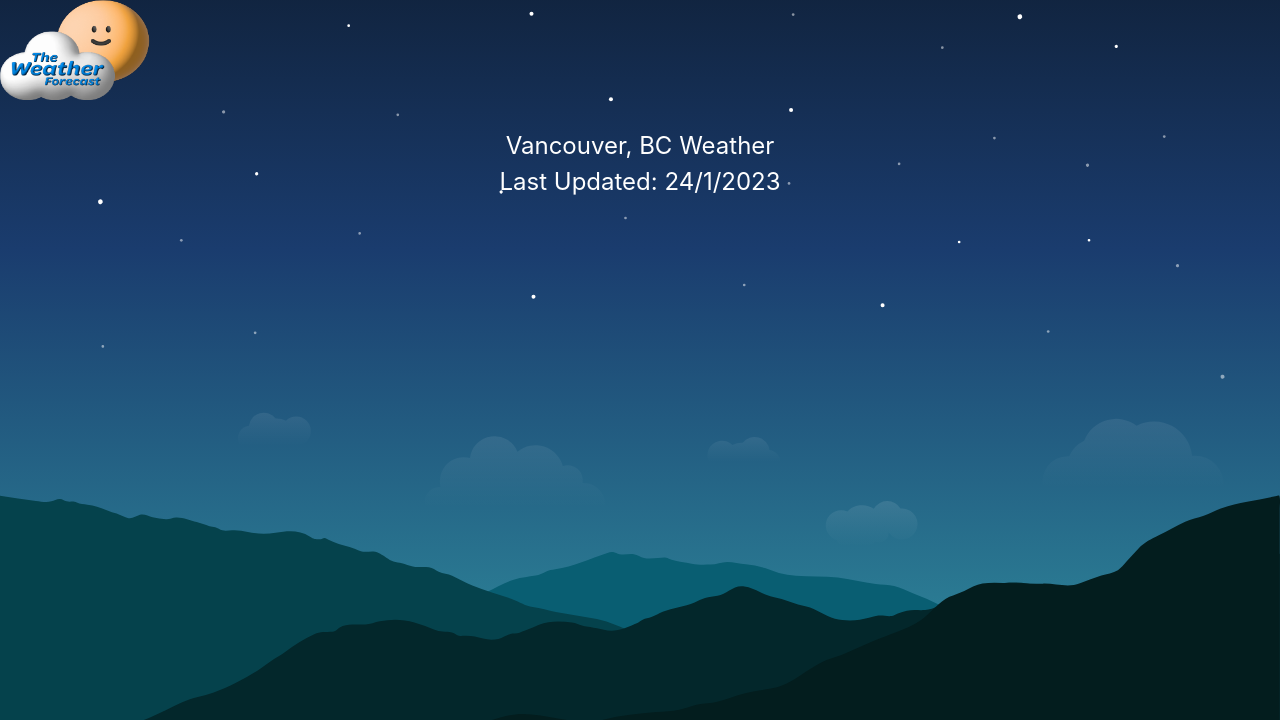
Repository: marianfran/weather-api-version2
Page: /
The author's editor kept a copy of each file at every save. The page is drawn from the files as they stood at one save, then again after the next save.
The browser window is 1280 px wide. The pictures show the whole page.
The project was rebuilt for these pictures with package versions that can differ from the ones it lists, and the page was loaded fresh each time. The framework's server and built-in components were replaced by stand-ins that run in the browser. Also part of the build but not shown: next.config.js.

Above is the page before, as saved 2023-02-22 18:27:11.

### pages/index.js
import Head from 'next/head'
import Image from 'next/image'
import styles from '@/styles/Home.module.css'
import { useState, useEffect, useRef } from 'react'
import axios from 'axios'


export default function Home() {

  const apiKey="337d9d16c0707a7b146df97fae12c16b";
  const location = "Vancouver";
  const units = "metric";
  const url = `https://api.openweathermap.org/data/2.5/forecast?q=${location}&units=${units}&appid=${apiKey}`;

  const [data, setData] = useState();
  const grabWeather = useRef(false);

  const fetchWeather = async () => {
    const response = await axios.get(url);
    console.log(response);

    console.log(response.data.list);
    const arrayOfDays = [];

    let weatherData = response.data.list.map((weather, index) => {
      console.log(parseInt(weather.dt_txt.substr(8,2),10))
      let num = parseInt(weather.dt_txt.substr(8,2),10)

      if(num !== arrayOfDays.find(element => element === num)) {
        arrayOfDays.push(num);
        console.log("Here");
        console.log(response.data.list[index]);

        var month = '';
        var icon = '';

        if(weather.dt_txt.substr(5,2) == 1){
          month = "January";
        } else if(weather.dt_txt.substr(5,2) == 2){
          month = "February";
        } else if(weather.dt_txt.substr(5,2) == 3){
          month = "March";
        } else if(weather.dt_txt.substr(5,2) == 4){
          month = "April";
        } else if(weather.dt_txt.substr(5,2) == 5){
          month = "May";
        } else if(weather.dt_txt.substr(5,2) == 6){
          month = "June";
        } else if(weather.dt_txt.substr(5,2) == 7){
          month = "July";
        } else if(weather.dt_txt.substr(5,2) == 8){
          month = "August";
        } else if(weather.dt_txt.substr(5,2) == 9){
          month = "September";
        } else if(weather.dt_txt.substr(5,2) == 10){
          month = "October";
        } else if(weather.dt_txt.substr(5,2) == 11){
          month = "November";
        } else if(weather.dt_txt.substr(5,2) == 12){
          month = "December";
        }

        if(weather.weather[0].main == "Clouds"){
          icon = '/icons/Cloudy.png';
        } else if(weather.weather[0].main == "Clear"){
          icon = '/icons/Sunny.png';
        } else if(weather.weather[0].main == "Rain"){
          icon = '/icons/Rain.png';
        } else if(weather.weather[0].main == "Atmosphere"){
          icon = '/icons/Mist.png';
        } else if(weather.weather[0].main == "Snow"){
          icon = '/icons/Snow.png';
        } else if(weather.weather[0].main == "Thunderstorm"){
          icon = '/icons/Thunder.png';
        } else if(weather.weather[0].main == "Drizzle"){
          icon = '/icons/Rain.png';
        }

        var now = new Date(weather.dt_txt);
        var days = ['Sunday', 'Monday', 'Tuesday', 'Wednesday', 'Thursday', 'Friday', 'Saturday'];
        var day = days[now.getDay()];

        return (
          <div key={index}>
            <Image
              src={icon}
              alt={icon}
              width={130}
              height={100}
              priority
            />
            <p>
              {day} <br/> {month} {weather.dt_txt.substr(8,2)}, {weather.dt_txt.substr(0,4)}
            </p>
            <div>{weather.main.temp.toFixed(1)} °C</div>
            <div>{weather.weather[0].main}</div>
          </div>
        )
      }
    })
    console.log(arrayOfDays);
    setData(weatherData);
  }

  useEffect(() => {
    if (grabWeather.current === true) {
      fetchWeather()
    }

    return () => {
      grabWeather.current = true;
    }

  }, []);

  const current = new Date();
  const date = `${current.getDate()}/${current.getMonth()+1}/${current.getFullYear()}`;


  return (
    <>
      <Head>
        <title>Weather App</title>
        <meta name="description" content="Generated by create next app" />
        <meta name="viewport" content="width=device-width, initial-scale=1" />
        <link rel="icon" href="/WeatherFavicon.png" />
      </Head>

      <main className={styles.main}>
      <div className={styles.container}>
            <a
              href=""
              target="_blank"
              rel="noopener noreferrer"
            >
              <Image
                src="/Logo.png"
                alt="Next.js Logo"
                className={styles.logo}
                width={150}
                height={100}
                priority
              />
            </a>

            <div className={styles.description}>
              <p>
                Vancouver, BC Weather <br />
                Last Updated: {date}
              </p>
             <div>
          </div>
        </div>

        <div className={styles.grid}>
          {data}
        </div>
      </div>
      </main>
    </>
  )
}

### styles/globals.css
html,
body {
  padding: 0;
  margin: 0;
  font-family: -apple-system, BlinkMacSystemFont, Segoe UI, Roboto, Oxygen,
    Ubuntu, Cantarell, Fira Sans, Droid Sans, Helvetica Neue, sans-serif;
}

a {
  color: inherit;
  text-decoration: none;
}

div {
  color: white;
}

* {
  box-sizing: border-box;
}

@media (prefers-color-scheme: dark) {
  html {
    color-scheme: dark;
  }
  body {
    color: white;
    background: black;
  }
}

### styles/Home.module.css
.container {
  background-image: url('/nightskybluebg.svg');
  background-size: cover;
  background-repeat: no-repeat;
  background-position: center;
  background-attachment: fixed;
  min-height: 100vh;
  margin: 0;
}

.description {
  text-align: center;
  font-size: 1.5rem;
  line-height: 1.5;
  padding: 0 0.5rem;
}

.grid {
  display: flex;
  align-items: center;
  justify-content: center;

}

Loaded but not shown: pages/_app.js (common file); pages/_document.js (common file)

After the next save:
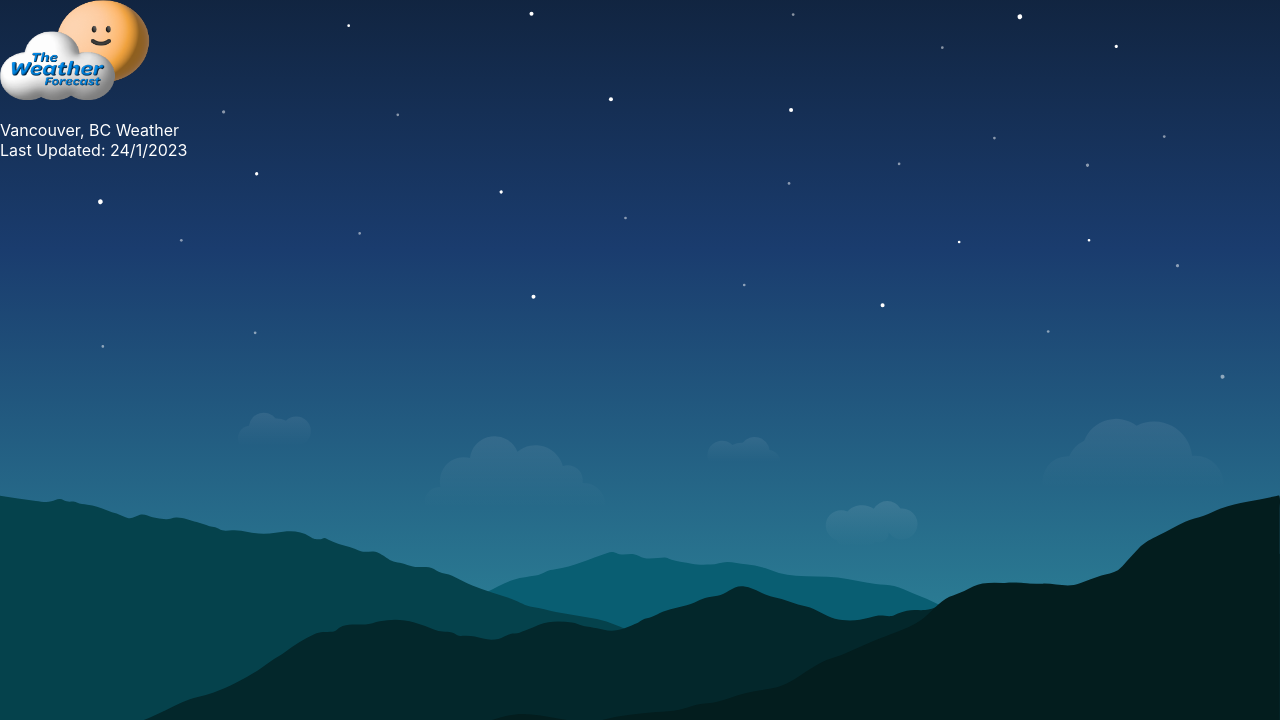
Saved 69 s later.
--- a/styles/Home.module.css
+++ b/styles/Home.module.css
@@ -7,17 +7,3 @@
   min-height: 100vh;
   margin: 0;
 }
-
-.description {
-  text-align: center;
-  font-size: 1.5rem;
-  line-height: 1.5;
-  padding: 0 0.5rem;
-}
-
-.grid {
-  display: flex;
-  align-items: center;
-  justify-content: center;
-
-}

After the 2 saves that followed:
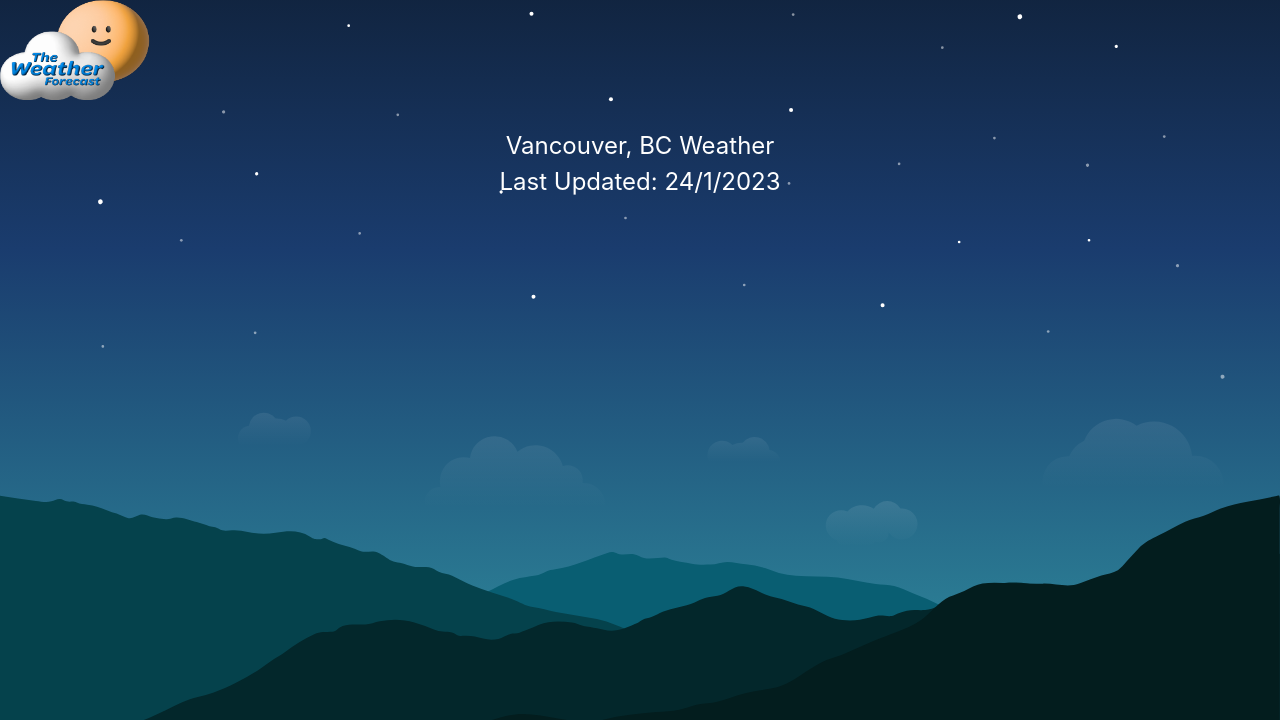
The 2 saves are shown as one change because they came seconds apart.
The last was saved 30 s later.
--- a/styles/Home.module.css
+++ b/styles/Home.module.css
@@ -7,3 +7,17 @@
   min-height: 100vh;
   margin: 0;
 }
+
+.description {
+  text-align: center;
+  font-size: 1.5rem;
+  line-height: 1.5;
+  padding: 0 0.5rem;
+}
+
+.grid {
+  display: flex;
+  align-items: center;
+  justify-content: center;
+
+}
